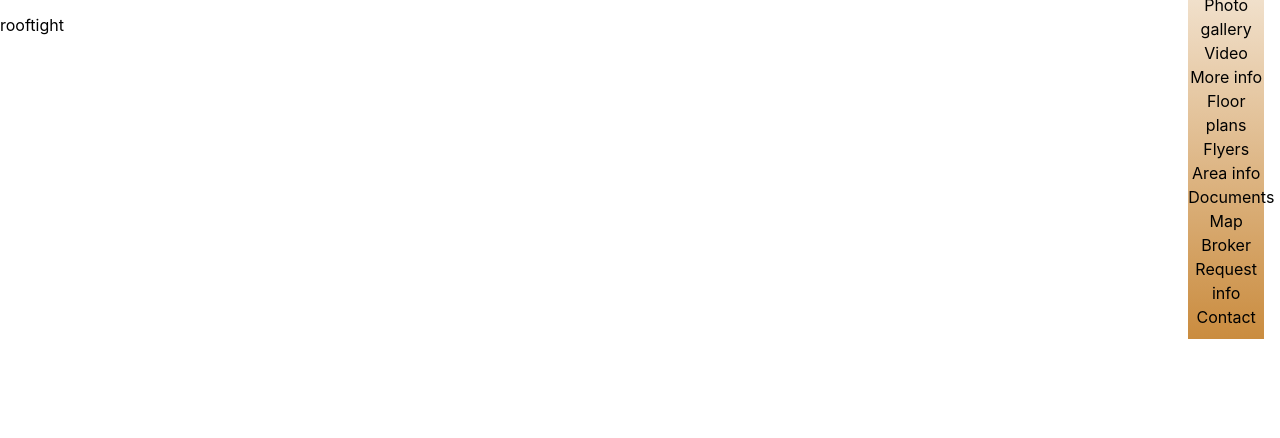
Repository: TMuse333/real-estate-landingpage
Page: /
An editor plug-in stored every save of this project. The page is shown before and after a run of saves, followed by the edit.
The browser window is 1280 px wide. The pictures show the whole page.
The project was rebuilt for these pictures with package versions that can differ from the ones it lists, and the page was loaded fresh each time. Also part of the build but not shown: vite.config.js.

Above is the page before, as saved 2023-09-19 16:05:46.

### src/App.jsx
import { useState } from 'react'

import './App.css'

import Navbar from './components/navbar'

function App() {


  return (
    <>
    <Navbar/>
    </>
  )
}

export default App

### src/App.css
.header-container{
  display: flex;
  justify-content: space-between;
  align-items: center;
  width: 100vw;
  position: fixed;
  top: 0px;
  background: linear-gradient(to right, #ffffff, #ffffff);
  height: 50px;
  z-index: 10000;
  color:black;

 }

 .nav-list{

  list-style: none;
padding: 0;
  padding-bottom: 10px; /* Remove any default padding */
  margin: 0;
  transform: translate(15px,60px);
  width: 55%;
  background: linear-gradient( #ffffff, #ca8c3f);
}

.list-container {
  position: relative;
  display: flex;
  flex-direction: column;
  align-items: center; /* Vertically center-align the items */
  text-align: center;
  color: black; /* Horizontally center-align the text within li elements */
}

.nav-button{
  margin-right: 20px;
  transform: translate(1rem,3.5rem);
  background-color: transparent;
  color: black;
}

### src/components/navbar.jsx
import React, { useState,useEffect } from 'react';




const Navbar = () => {
  const [subMenuVisible, setSubMenuVisible] = useState(false);

  const toggleSubMenu = () => {
    setSubMenuVisible(!subMenuVisible);
  };

  const scrollToSection = (sectionId) => {

    const element = document.getElementById(sectionId);
    if (element) {

      element.scrollIntoView({
        behavior: 'smooth', // Smooth scrolling
        block: 'start',    // Scroll to the top of the element
      });
    }
  }

  useEffect(() => {
    // Function to update sub-menu visibility when the screen width changes
    const handleResize = () => {
      const screenWidth = window.innerWidth;
      setSubMenuVisible(screenWidth >= 415); // Set subMenuVisible to true if screen width is at least 415 pixels
    };

    // Add a resize event listener to update the sub-menu visibility
    window.addEventListener('resize', handleResize);

    // Initial call to set sub-menu visibility based on current screen width
    handleResize();

    // Clean up the event listener when the component unmounts
    return () => {
      window.removeEventListener('resize', handleResize);
    };
  }, []);

  const style = {

    opacity: subMenuVisible ? 1 : 0
    ,

  };

  return (
    <div className='header-container'>
      <div className='logo'>rooftight</div>
      <div className='list-container'>
        <button onClick={toggleSubMenu} className='nav-button'>
          press me
        </button>
        <ul style={style} className='nav-list'>

          <li onClick={()=>scrollToSection('about')}>Home</li>

          <li onClick={()=>scrollToSection('description')}>Description</li>

          <li onClick={()=>scrollToSection('price')}>price and features</li>


          <li onClick={()=>scrollToSection('skills')}>Amenities</li>

          <li onClick={()=>scrollToSection('skills')}>Photo gallery</li>

          <li onClick={()=>scrollToSection('skills')}>Video</li>

          <li onClick={()=>scrollToSection('skills')}>More info</li>

          <li onClick={()=>scrollToSection('skills')}>Floor plans</li>

          <li onClick={()=>scrollToSection('skills')}>Flyers</li>

          <li onClick={()=>scrollToSection('skills')}>Area info</li>

          <li onClick={()=>scrollToSection('skills')}>Documents</li>

          <li onClick={()=>scrollToSection('skills')}>Map</li>

          <li onClick={()=>scrollToSection('skills')}>Broker</li>

          <li onClick={()=>scrollToSection('skills')}>Request info</li>



          <li onClick={()=>scrollToSection('contact')}> Contact</li>

        </ul>
      </div>
    </div>
  );
};

export default Navbar;

Loaded but not shown: index.html (common file); src/main.jsx (common file); src/index.css (common file)

After the next 6 saves:
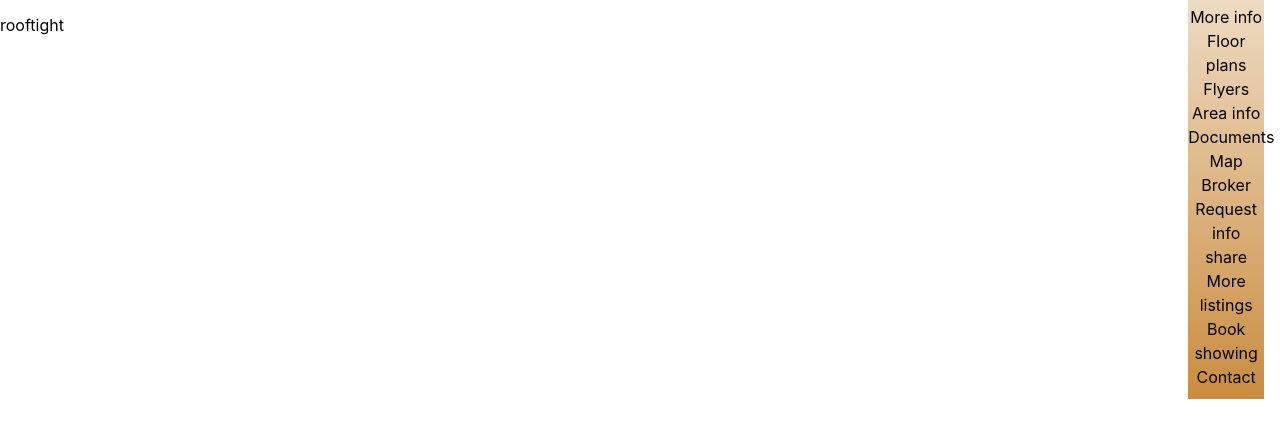
The 6 saves are shown as one change because they came seconds apart.
The last was saved 19 s later.
--- a/src/components/navbar.jsx
+++ b/src/components/navbar.jsx
@@ -86,6 +86,12 @@ const Navbar = () => {
 
           <li onClick={()=>scrollToSection('skills')}>Request info</li>
 
+          <li onClick={()=>scrollToSection('skills')}>share</li>
+
+          <li onClick={()=>scrollToSection('skills')}>More listings</li>
+
+          <li onClick={()=>scrollToSection('skills')}>Book showing</li>
+
 
 
           <li onClick={()=>scrollToSection('contact')}> Contact</li>
